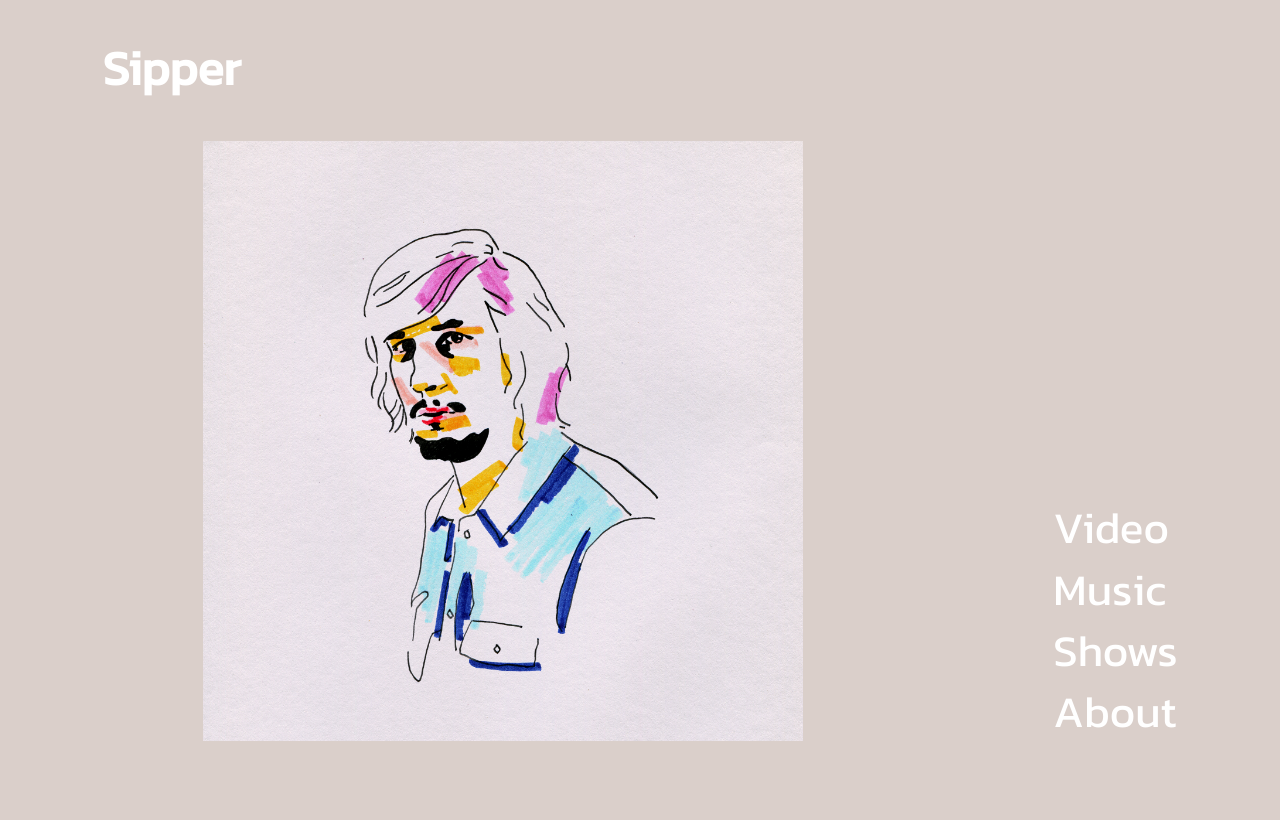
Repository: KrystellBarraza/SipperNYC
Page: home.html
An editor plug-in stored every save of this project. The page is shown before and after the next save, followed by the edit.
The browser window is 1280 px wide. The pictures show the whole page.
Some web libraries are served in a nearby version.

Above is the page before, as saved 2019-08-16 21:14:50.

### home.html
<!DOCTYPE html>
    <head>
        <meta charset="utf-8">
        <meta http-equiv="X-UA-Compatible" content="IE=edge">
        <title>Sipper</title>
        <meta name="description" content="Wholesome and intrinsically delicate, SIPPER is an NYC based band who wants nothing more than to make you enjoy whatever they put out.">
        <meta name="viewport" content="width=device-width, initial-scale=1">
        <script src="https://kit.fontawesome.com/0942df55aa.js"></script>
        <script src="https://ajax.googleapis.com/ajax/libs/jquery/3.4.1/jquery.min.js"></script>
        <link rel="stylesheet" href="https://ajax.googleapis.com/ajax/libs/jqueryui/1.12.1/themes/smoothness/jquery-ui.css">
        <script src="https://ajax.googleapis.com/ajax/libs/jqueryui/1.12.1/jquery-ui.min.js"></script>
        <link href="https://fonts.googleapis.com/css?family=Kanit&display=swap" rel="stylesheet">
        <link rel="stylesheet" href="style.css">
        <link rel="stylesheet" href="venobox/venoboxcopy.css" type="text/css" media="screen">
    </head>
    <body>

        <div class="container-home">
            <div class="head">
                <header>
                    <h1><a href="home.html">Sipper</a></h1>

                    <div id="toggleText">
                        <p class="menuToggle Open placeHolder"></p>
                        <p class="menuToggle Close" style="color: #FFF;"></p>
                    </div>

                    <div id="menu">
                        <ul id="hiddenMenu">
                            <li><a href="#video">Video</a></li>
                            <li><a href="#music">Music</a></li>
                            <li><a href="#shows">Shows</a></li>
                            <li><a href="#about">About</a></li>
                        </ul>
                    </div>

                </header>
            </div>

            <div id="menu-container"></div>

            <div class="menu">
                <div class="flexbox-nav">
                    <nav class="side-Nav">
                        <li><a href="#video">Video</a></li>
                        <li><a href="#music">Music</a></li>
                        <li><a href="#shows">Shows</a></li>
                        <li><a href="#about">About</a></li>
                    </nav>
                </div>
            </div>

            <div class="album">
                <img src="images/albumcover.jpg">
            </div>

            <div class="footer"></div>

        </div>

        <script src="app.js" async defer></script>
        <script src="venobox/venobox.mincopy.js" async defer></script>
    </body>
</html>

### style.css
* {
    box-sizing: border-box;
}

html {
    scroll-behavior: smooth;
}

body {
    margin: 0;
    background-color: #dacfca;
}

p, li {
    font-family: 'Kanit', sans-serif;
}

p {
    font-size: 18px;
}

h1 {
    font-family: 'Kanit', sans-serif;
    color: #fff;
    font-size: 48px;
}

a {
    text-decoration: none;
    color: #fff;
}

/* Header */

.container-home {
    display: grid;
    grid-template-columns: repeat(12, 1fr);
    grid-template-rows: auto 2fr 1fr;
    grid-gap: 5px;
    grid-column-gap: 20px;
    padding-left: 8%;
    padding-right: 8%;
    grid-template-areas:
    "h h h h h h h h h h h h"
    "c c c c c c c c c m m m"
    "c c c c c c c c c m m m"
    "c c c c c c c c c m m m"
    "f f f f f f f f f f f f";
}

.head {
    grid-area: h;
}

/* Toggled Header Nav */

#toggleText {
    top: 5%;
    right: 10%;
    color: #fff;
    position: absolute;
    z-index: 10;
}

#menu-container {
    background-color: #03262f;
    position: absolute;
    width: 100%;
    left: 0%;
    height: 100vh;
    z-index: 6;
}

#menu {
    background-color: #03262f;
    position: absolute;
    top: 0%;
    left: 0%;
    width: 100%;
    height: 100vh;
    z-index: 7;
}

#hiddenMenu {
    position: absolute;
    top: 30%;
}

p.placeHolder {
    display: none;
}

p.Open:before {
    content: "Menu";
}

p.Close:before {
    content: "Close";
}

ul {
    list-style: none;
}

li {
    font-size: 44px;
    line-height: 46pt;
}

/* Toggled Media Queries */

@media only screen and (max-width: 450px) {
    nav {
        visibility: hidden;
    }
}

@media only screen and (min-width: 450px) {
    #toggleText {
        visibility: hidden;
    }

    #menu {
        visibility: hidden;
    }

    #menu-container {
        visibility: hidden;
    }
}

/* Menu */

.menu {
    grid-area: m;
}

.flexbox-nav {
    display: flex;
    align-items: flex-end;
    justify-content: flex-end;
    margin-top: 356px;
}

.side-nav {
    align-self: flex-end;
    margin-top: 30px;
}

nav > a {
    font-family: 'Kanit', sans-serif;
    color: #fff;
    font-size: 48px;
}

nav > li {
    list-style-type: none;
    padding: 0;
    margin: 0;
}

@media only screen and (max-width: 416px){
    .menu {
        display: none;
    }

    .container-home {
        display: grid;
        grid-template-columns: repeat(12, 1fr);
        grid-template-rows: auto 2fr 1fr;
        grid-gap: 5px;
        padding-left: 8%;
        padding-right: 8%;
        grid-template-areas:
        "h h h h h h h h h h h h"
        "c c c c c c c c c c c c"
        "c c c c c c c c c c c c"
        "c c c c c c c c c c c c"
        "f f f f f f f f f f f f";
    }

    .album > img {
        object-fit: contain;
        width: 100%;
    }

}

@media (orientation: landscape) and (max-width: 766px) {
    .menu {
        display: none;
    }

    .container-home {
        display: grid;
        grid-template-columns: repeat(12, 1fr);
        grid-template-rows: auto 2fr 1fr;
        grid-gap: 5px;
        padding-left: 8%;
        padding-right: 8%;
        grid-template-areas:
        "h h h h h h h h h h h h"
        "c c c c c c c c c c c c"
        "c c c c c c c c c c c c"
        "c c c c c c c c c c c c"
        "f f f f f f f f f f f f";
    }

    .album > img {
        object-fit: contain;
        width: 100%;
    }
}

/* Album */

.album {
    grid-area: c;
}

.album > img {
    object-fit: contain;
    width: 100%;
    max-height: 600px;
}

/* Footer */

.footer {
    grid-area: f;
    height: 70px;
}

### app.js
$(document).ready(() => {
    $('#toggleText').click(() => {
      $('.menuToggle').toggleClass('placeHolder');
      $('#menu').toggle('slide',{direction:'up'}, 1000);
      $('#menu-container').toggle('fade',{direction: 'down'}, 500);
    });
  });

  $(document).ready(function(){
    $('.venobox').venobox({
        spinner:'three bounce',
        closeBackground: 'transparent'
    });
});

Loaded but not shown: venobox/venobox.mincopy.js (library); venobox/venoboxcopy.css (no copy from this time; the picture is the same without it)

After the next save:
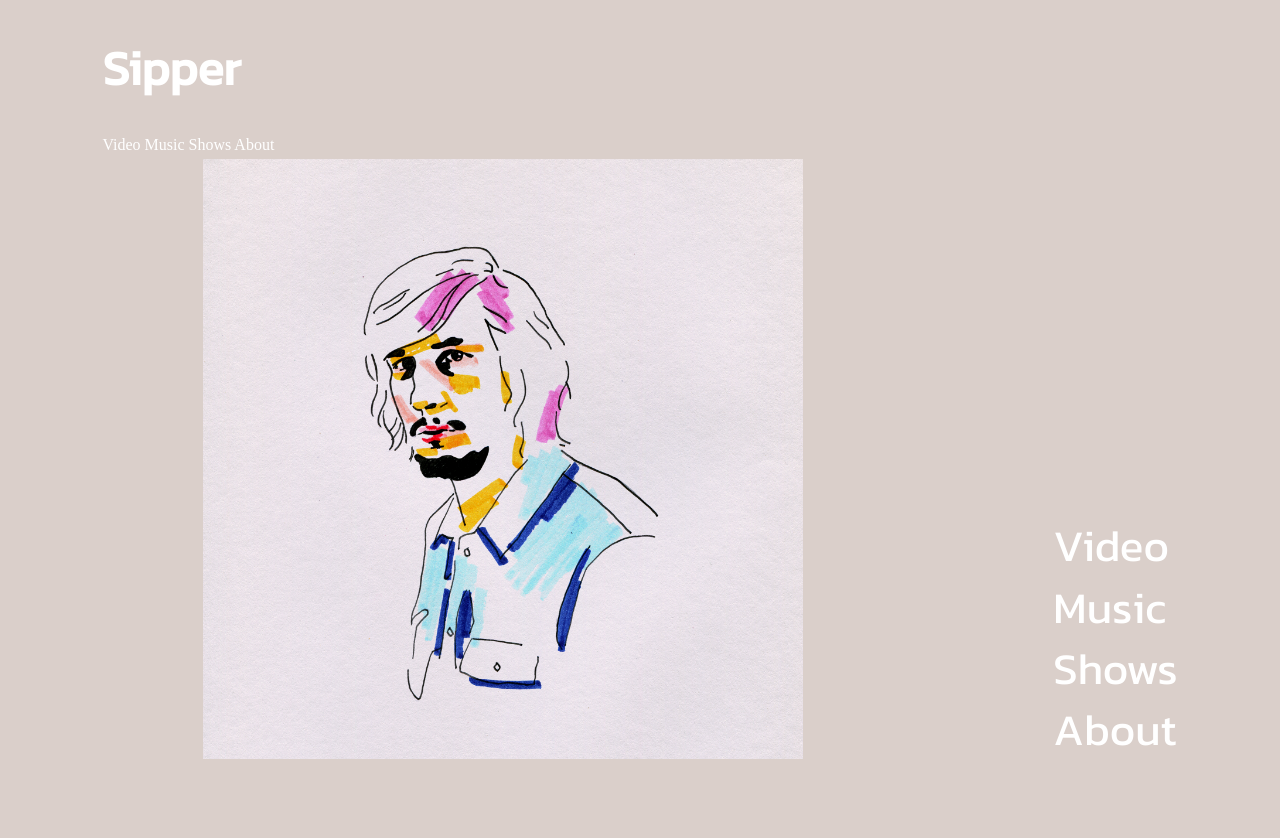
Saved 15 min 11 s later.
--- a/home.html
+++ b/home.html
@@ -34,6 +34,13 @@
                         </ul>
                     </div>
 
+                    <div id="inlineMenu">
+                        <a href="#video">Video</a>
+                        <a href="#music">Music</a>
+                        <a href="#shows">Shows</a>
+                        <a href="#about">About</a>
+                    </div>
+
                 </header>
             </div>
 
